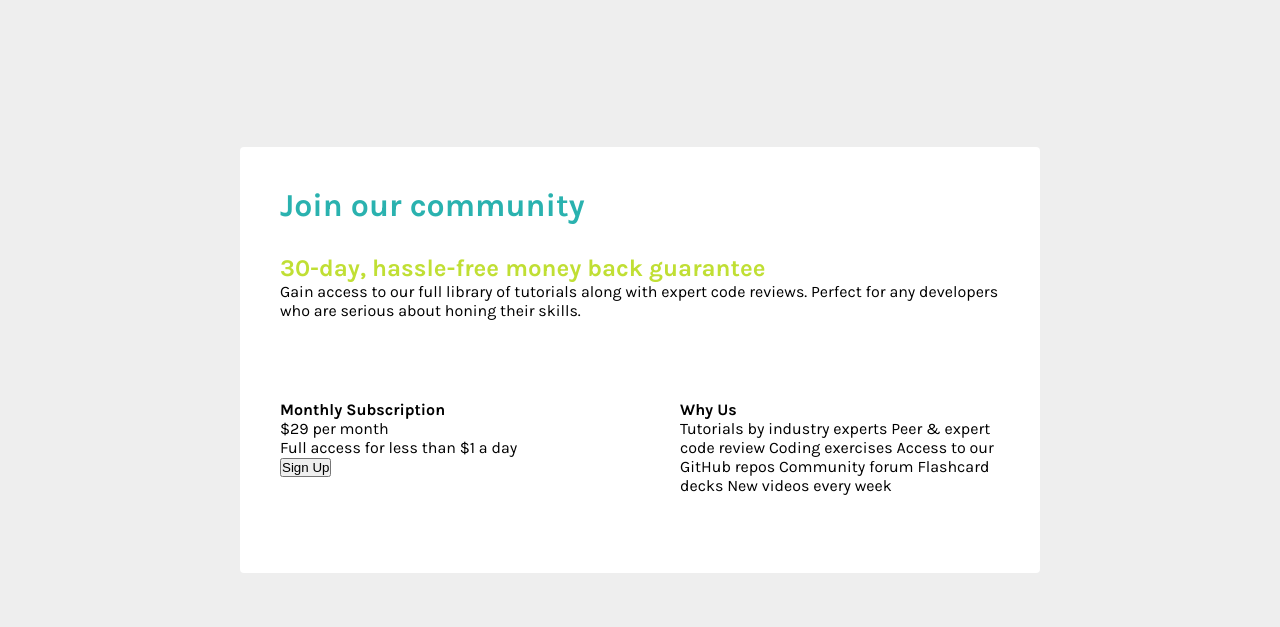
Repository: Akashiii1/WebSingleGrid_Day3
Page: index.html
These files come from the project's save history. The page is drawn as it stood at one moment and after the next save; the edit follows.
The browser window is 1280 px wide. The pictures show the whole page.

Above is the page before, as saved 2021-12-22 01:03:50.

After the next save:
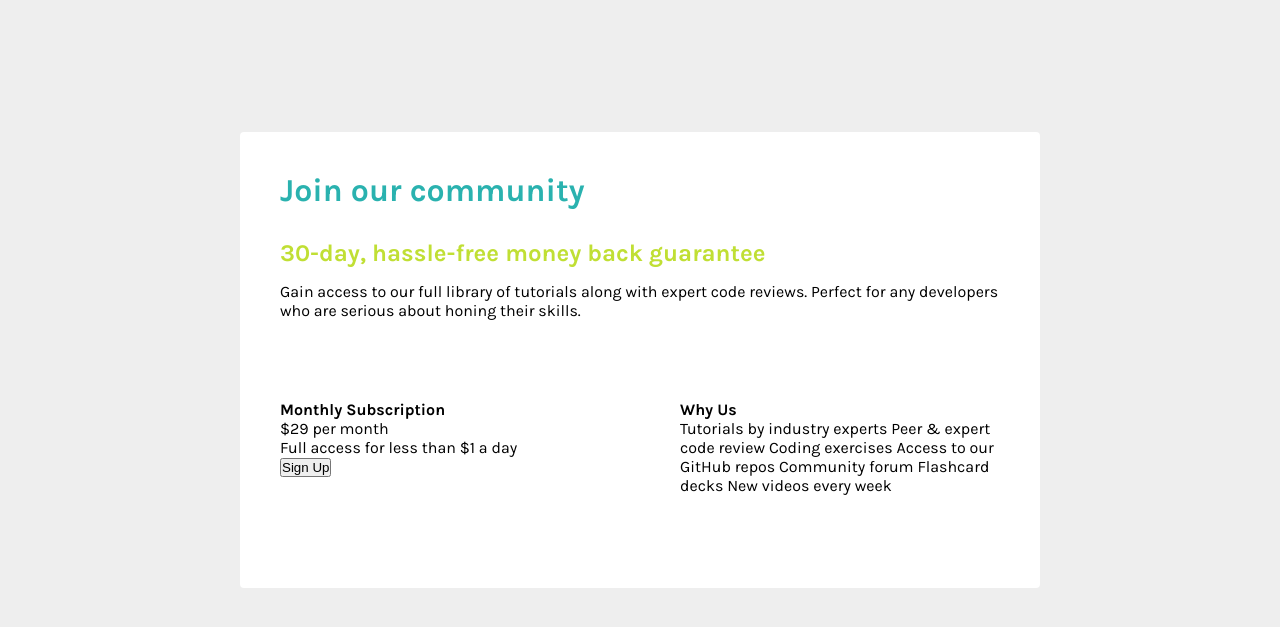
Saved 12 s later.
--- a/style.css
+++ b/style.css
@@ -78,4 +78,5 @@ body{
 .item1 h3{
   color: var(--BrightYellow);
   font-size: 24px;
+  margin-bottom: 15px;
 }
